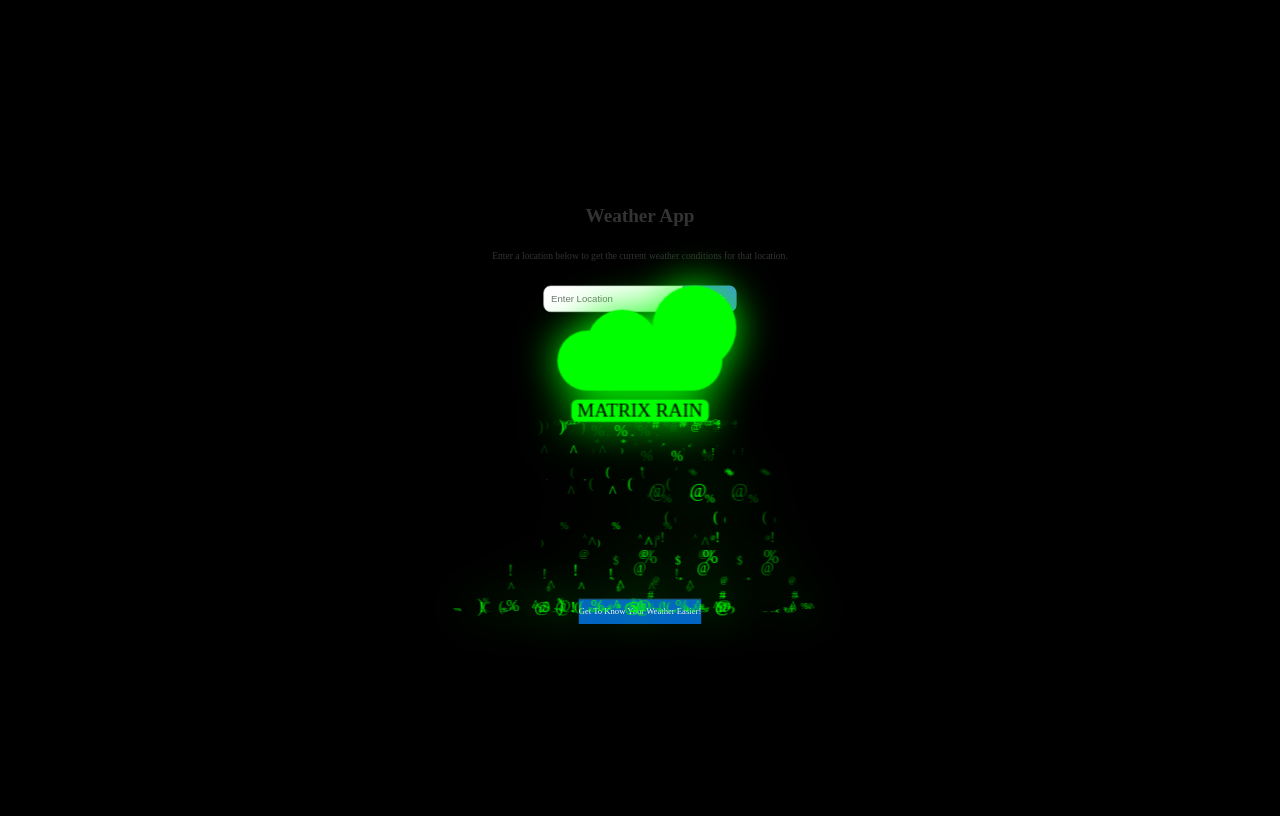
Repository: AlaaYou/Weather-App
Page: index.html
The author's editor kept a copy of each file at every save. The page is drawn from the files as they stood at one save, then again after the next save.
The browser window is 1280 px wide. The pictures show the whole page.

Above is the page before, as saved 2024-10-20 23:47:39.

### index.html
<!DOCTYPE html>
<html lang="en">
  <head>
    <meta charset="UTF-8" />
    <meta name="viewport" content="width=device-width, initial-scale=1.0" />
    <link rel="stylesheet" href="styles.css" />
    <title>Weather App</title>
  </head>
  <body>
    <!-- Header -->
    <header>
      <h1>Weather App</h1><br>
      <p>
        Enter a location below to get the current weather conditions for that
        location.
      </p>
    </header>
    <!-- main content -->
    <main>
      <!-- search box -->
      <section class="search-box">
        <input type="text" id="location-input" placeholder="Enter Location" />

        <button id="search-button">Search</button>
      </section>
      <!-- errror /loading -->
      <div id="loading" style="display: none">Loading...</div>
      <div id="error" style="display: none">Error data Not Found</div>
      <!-- weather content -->
      <section
        class="weather-display"
        id="weather-display"
        style="display: none"
      >
        <div class="temp-display"><span id="temperature">--</span> °C</div>
        <div class="condition-display">
          <span id="condition">--</span>
        </div>

        <!-- condition info -->
        <div class="condition-info">
          <span id="wind-speed">Wind Speed: --</span>
          <span id="humidity">Humidity: --</span>
        </div>
      </section>
      <div class="container">
        <div class="cloud">
            <h2>Matrix Rain</h2>
        </div>
    </div>
    </main>
    <!-- footer -->
    <footer>
      <p>Get To Know Your Weather Easier!</p>
    </footer>
    <!-- js goes here -->
    <script src="script.js"></script>
  </body>
</html>

### styles.css
@import url('https://fonts.googleapis.com/css2?family=Poppins:ital,wght@0,100;0,200;0,300;0,400;0,500;0,600;0,700;0,800;0,900;1,100;1,200;1,300;1,400;1,500;1,600;1,700;1,800;1,900&display=swap');

body,
h1,
:root{
  --clr: #0f0;
}

p {
  margin: 0;
  padding: 0;
}

body {
  display: flex;
  flex-direction: column;
  min-height: 90vh;
  background-color: #f0f1f6;
  padding: 40px 0;
  color: #333;
  justify-content: center;
  align-items: center;
  min-height: 100vh;
  background: #000;
  transform: scale(0.6);
}

main {
  flex-grow: 1;
}

header {
  text-align: center;
  margin-bottom: 20px;
}

.search-box {
  display: flex;
  justify-content: center;
  align-items: center;
  margin: 20px 0;
}

input[type="text"] {
  padding: 12px;
  border: 1px solid #ccc;
  border-radius: 12px 0 0 12px;
  font-size: 1em;
  width: auto;
  margin-right: -1px;
}
button {
  background-color: #4a90e3;
  color: #ffff;
  border: none;
  border-radius: 0 12px 12px 0;
  padding: 13px 20px;
  cursor: pointer;
  font-size: 1em;
  transition: background-color 0.3s ease;
}

button:hover {
  background-color: #035dcb;
}

/* Weather content */
.weather-display {
  text-align: center;
  padding: 20px;
}

.temp-display,
.condition-display {
  font-size: 2.5em;
  margin-bottom: 10px;
}

.condition-info span {
  margin-right: 15px;
  font-size: 1.2em;
}

#loading,
#error {
  text-align: center;
  font-size: 1.2em;
  margin-top: 20px;
}
#loading {
  color: #4a90e3;
}
#error {
  color: red;
}
footer {
  text-align: center;
  background-color: #035dcb;
  color: #ffff;
  padding: 12px 0;
  border-top: 1px solid #333;
  font-size: 0.9em;
}
.container {
  position: relative;
  top: 100px;
  height: 400px;
  width: 100%;
  display: flex;
  justify-content: center;
  animation: animateColor 5s linear infinite ;
}

@keyframes animateColor {
  0%{
      filter: hue-rotate(0deg);
  }
  100%{
      filter: hue-rotate(360deg);
  }
}

.container .cloud {
  position: relative;
  width: 300px;
  /* height: 300px; */
  z-index: 100;
  filter: drop-shadow(0 0 35px var(--clr));
}

.container .cloud h2 {
  position: absolute;
  left: 50%;
  transform: translateX(-50%);
  white-space: nowrap;
  color: #000;
  font-size: 2em;
  z-index: 1000;
  font-weight: 400;
  padding:0 10px;
  border-radius: 10px;
  text-transform: uppercase;
  background: var(--clr);
}

.container .cloud h2::before {
  content: '';
  position: absolute;
  top: -115px;
  left: 50%;
  transform: translateX(-50%);
  border-radius: 100px;
  width: 120%;
  height: 100px;
  background: var(--clr);
}

.container .cloud h2::after{
  content: '';
  position: absolute;
  top: -150px;
  left: 25px;
  width: 120px;
  height: 120px;
  border-radius: 50%;
  background: var(--clr);
  box-shadow: 120px -30px 0 10px var(--clr);
}

.container .cloud .drop{
position: absolute;
top: 60px;
height: 20px;
line-height: 20px;
color: var(--clr);
transform-origin: bottom;
animation: animate 2s linear infinite;
}

@keyframes animate {
  0%{
      transform: translateY(0) scaleY(0);
      transform-origin: top;
  }
  10%{
      transform: translateY(0) scaleY(0.25);
      transform-origin: top;
  }
  20%{
      transform: translateY(0) scaleY(1);
      /* transform-origin: top; */
  }

  70%{
      transform: translateY(300px) scaleY(1);
      transform-origin: bottom;
  }
  80%{
      transform: translateY(300px) scaleY(1);
      transform-origin: bottom;
  }
  100%{
      transform: translateY(300px) scaleY(0);
      transform-origin: bottom;
      text-shadow: -180px 0 0 var(--clr), 180px 0 var(--clr);
  }
}

### script.js
async function fetchWeather(location) {
    //api
    const apiKey = "094b545dde613af5667ba10639a224f8";
    const url = `http://api.openweathermap.org/data/2.5/weather?q=${location}&appid=${apiKey}&units=metric`;
    const response = await fetch(url);

    if (response.ok) {
      const data = await response.json();
      return data;
    } else {
      throw new Error("Failed to fetch weather data");
    }
  }
  //Display the weather
  function dispplayWeather(data) {
    console.log(data);
    //select the  DOM
    const weatherDisplay = document.getElementById("weather-display");
    const temperature = document.getElementById("temperature");
    const condition = document.getElementById("condition");
    const windSpeed = document.getElementById("wind-speed");
    const humidity = document.getElementById("humidity");

    temperature.textContent = data.main.temp;
    condition.textContent = data.weather[0].main;
    windSpeed.textContent = `Wind Speed: ${data.wind.speed}m/s`;
    humidity.textContent = `Humidity: ${data.main.humidity}%`;
    weatherDisplay.style.display = "block";
  }

  function toggleElementVisibility(id, show) {
    const element = document.getElementById(id);
    element.style.display = show ? "block" : "none";
  }

  //DOM content Loaded
  document.addEventListener("DOMContentLoaded", () => {
    const searchButton = document.getElementById("search-button");
    const locationInput = document.getElementById("location-input");
    searchButton.addEventListener("click", async () => {
      toggleElementVisibility("loading", true); //Show loading
      toggleElementVisibility("error", false);

      //get data
      const location = locationInput.value;

      try {
        const weatherData = await fetchWeather(location);
        toggleElementVisibility("loading", false);
        dispplayWeather(weatherData);
        console.log(weatherData);
      } catch (error) {
        toggleElementVisibility("error", true);
        toggleElementVisibility("loading", false);
      }
    });
  });

  function randomText(){
    var text = ("!@#$%^*()")
    letters =text[Math.floor(Math.random() * text.length)];
    return letters;
}

function rain() {
    let cloud = document.querySelector('.cloud');
    let e = document.createElement('div');
    e.classList.add('drop');
    cloud.appendChild(e);

    let left = Math.floor(Math.random() * 300)
    let size = Math.random() * 1.5;
    let duration = Math.random() *1;

    e.innerText = randomText();
    e.style.left = left + 'px';
    e.style.fontSize = 0.5+size +'em';
    e.style.animationDuration = 1+duration+'s';

      setTimeout(function(){
      cloud.removeChild(e)
      },2000)
}

setInterval(function(){
    rain()
},20);

After the next save:
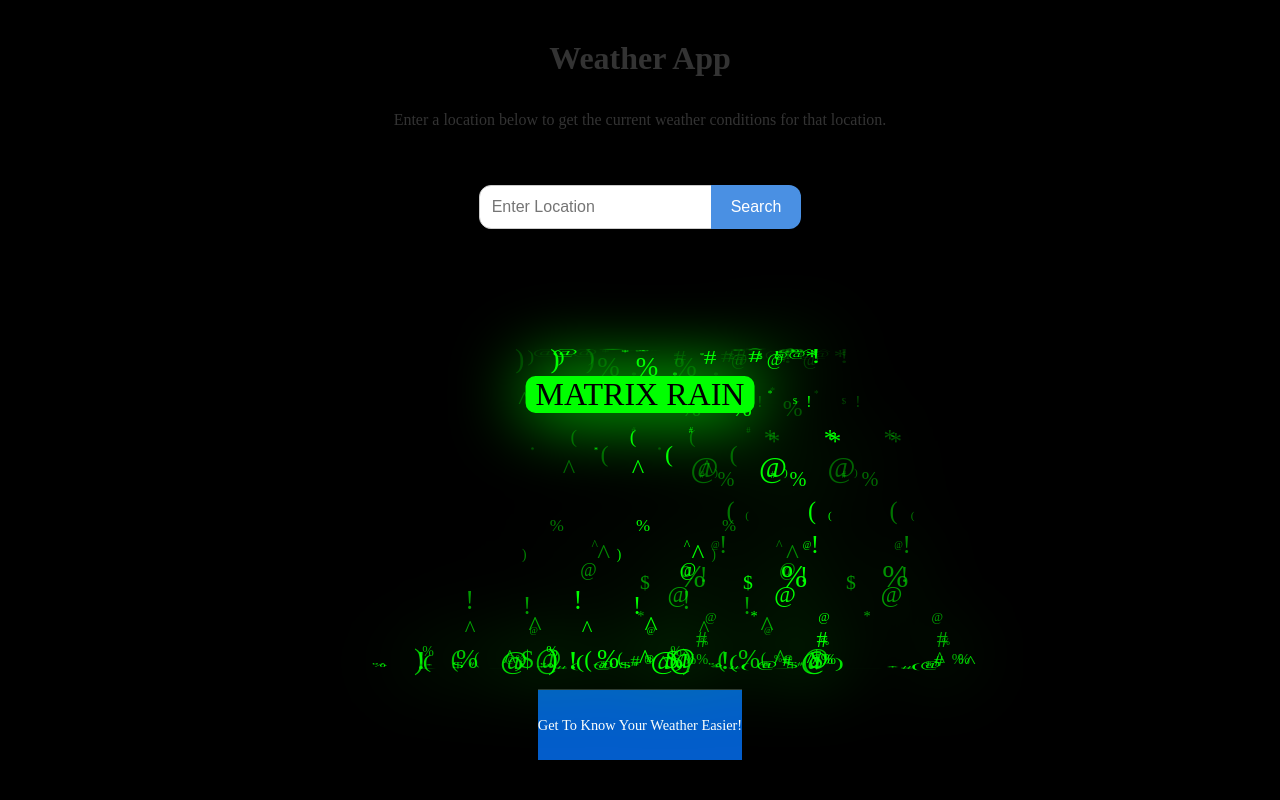
Saved 42 s later.
--- a/styles.css
+++ b/styles.css
@@ -1,12 +1,11 @@
 @import url('https://fonts.googleapis.com/css2?family=Poppins:ital,wght@0,100;0,200;0,300;0,400;0,500;0,600;0,700;0,800;0,900;1,100;1,200;1,300;1,400;1,500;1,600;1,700;1,800;1,900&display=swap');
 
-body,
-h1,
-:root{
+:root {
   --clr: #0f0;
 }
 
-p {
+body,
+h1 {
   margin: 0;
   padding: 0;
 }
@@ -14,15 +13,12 @@ p {
 body {
   display: flex;
   flex-direction: column;
-  min-height: 90vh;
-  background-color: #f0f1f6;
-  padding: 40px 0;
+  min-height: 100vh;
+  background: #000;
   color: #333;
   justify-content: center;
   align-items: center;
-  min-height: 100vh;
-  background: #000;
-  transform: scale(0.6);
+  padding: 40px 0;
 }
 
 main {
@@ -49,9 +45,10 @@ input[type="text"] {
   width: auto;
   margin-right: -1px;
 }
+
 button {
   background-color: #4a90e3;
-  color: #ffff;
+  color: #fff;
   border: none;
   border-radius: 0 12px 12px 0;
   padding: 13px 20px;
@@ -87,48 +84,42 @@ button:hover {
   font-size: 1.2em;
   margin-top: 20px;
 }
+
 #loading {
   color: #4a90e3;
 }
+
 #error {
   color: red;
 }
+
 footer {
   text-align: center;
   background-color: #035dcb;
-  color: #ffff;
+  color: #fff;
   padding: 12px 0;
   border-top: 1px solid #333;
   font-size: 0.9em;
 }
+
 .container {
   position: relative;
   top: 100px;
   height: 400px;
   width: 100%;
   display: flex;
-  justify-content: center;
-  animation: animateColor 5s linear infinite ;
+  justify-content: center; /* Center the cloud */
+  animation: animateColor 5s linear infinite;
 }
 
-@keyframes animateColor {
-  0%{
-      filter: hue-rotate(0deg);
-  }
-  100%{
-      filter: hue-rotate(360deg);
-  }
-}
-
-.container .cloud {
+.cloud {
   position: relative;
-  width: 300px;
-  /* height: 300px; */
+  width: 200px; /* Adjusted width to fit better */
   z-index: 100;
   filter: drop-shadow(0 0 35px var(--clr));
 }
 
-.container .cloud h2 {
+.cloud h2 {
   position: absolute;
   left: 50%;
   transform: translateX(-50%);
@@ -137,71 +128,54 @@ footer {
   font-size: 2em;
   z-index: 1000;
   font-weight: 400;
-  padding:0 10px;
+  padding: 0 10px;
   border-radius: 10px;
   text-transform: uppercase;
   background: var(--clr);
 }
 
-.container .cloud h2::before {
-  content: '';
+.drop {
   position: absolute;
-  top: -115px;
-  left: 50%;
-  transform: translateX(-50%);
-  border-radius: 100px;
-  width: 120%;
-  height: 100px;
-  background: var(--clr);
+  left: 50%; /* Center the drops under the cloud */
+  height: 20px;
+  line-height: 20px;
+  color: var(--clr);
+  transform-origin: bottom;
+  animation: animate 2s linear infinite;
 }
 
-.container .cloud h2::after{
-  content: '';
-  position: absolute;
-  top: -150px;
-  left: 25px;
-  width: 120px;
-  height: 120px;
-  border-radius: 50%;
-  background: var(--clr);
-  box-shadow: 120px -30px 0 10px var(--clr);
-}
-
-.container .cloud .drop{
-position: absolute;
-top: 60px;
-height: 20px;
-line-height: 20px;
-color: var(--clr);
-transform-origin: bottom;
-animation: animate 2s linear infinite;
+@keyframes animateColor {
+  0% {
+    filter: hue-rotate(0deg);
+  }
+  100% {
+    filter: hue-rotate(360deg);
+  }
 }
 
 @keyframes animate {
-  0%{
-      transform: translateY(0) scaleY(0);
-      transform-origin: top;
+  0% {
+    transform: translate(-50%, 0) scaleY(0);
+    transform-origin: top;
   }
-  10%{
-      transform: translateY(0) scaleY(0.25);
-      transform-origin: top;
+  10% {
+    transform: translate(-50%, 0) scaleY(0.25);
+    transform-origin: top;
   }
-  20%{
-      transform: translateY(0) scaleY(1);
-      /* transform-origin: top; */
+  20% {
+    transform: translate(-50%, 0) scaleY(1);
   }
-
-  70%{
-      transform: translateY(300px) scaleY(1);
-      transform-origin: bottom;
+  70% {
+    transform: translate(-50%, 300px) scaleY(1);
+    transform-origin: bottom;
   }
-  80%{
-      transform: translateY(300px) scaleY(1);
-      transform-origin: bottom;
+  80% {
+    transform: translate(-50%, 300px) scaleY(1);
+    transform-origin: bottom;
   }
-  100%{
-      transform: translateY(300px) scaleY(0);
-      transform-origin: bottom;
-      text-shadow: -180px 0 0 var(--clr), 180px 0 var(--clr);
+  100% {
+    transform: translate(-50%, 300px) scaleY(0);
+    transform-origin: bottom;
+    text-shadow: -180px 0 0 var(--clr), 180px 0 var(--clr);
   }
 }
